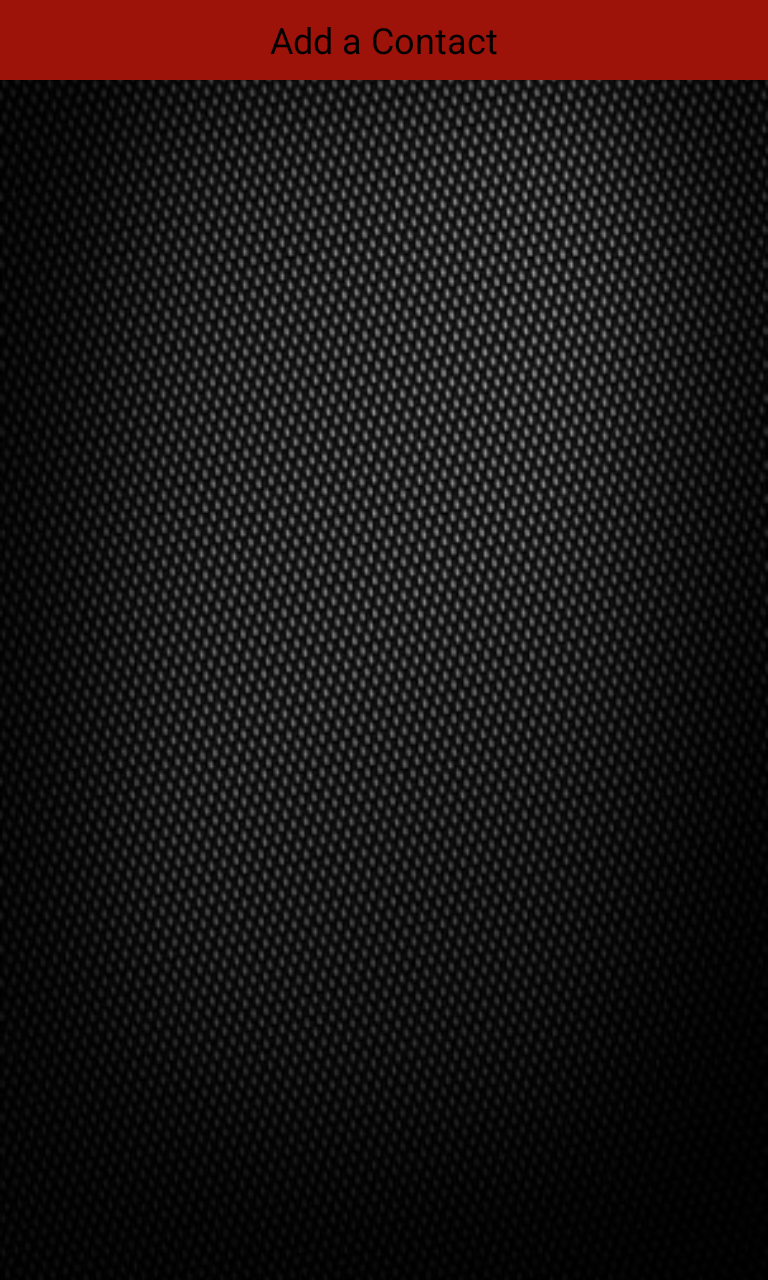
Repository: kenshiryu7/mdv-projects
Layout: Java_2/Java2_w3/res/layout/activity_main.xml
An editor plug-in stored every save of this project. The layout is shown before and after the next save, followed by the edit.
It is drawn on a 768 x 1280 px phone screen (xhdpi) without system bars, with theme AppTheme; the app's code is not run. Lists and similar views that code fills are empty.

Above is the layout before, as saved 2012-12-02 07:59:49.

### Java_2/Java2_w3/res/layout/activity_main.xml
<LinearLayout xmlns:android="http://schemas.android.com/apk/res/android"
    xmlns:tools="http://schemas.android.com/tools"
    android:layout_width="fill_parent"
    android:layout_height="fill_parent"
    android:background="@drawable/main_bg"
    android:orientation="vertical" >

    <Button
        android:id="@+id/addButt"
        android:layout_width="match_parent"
        android:layout_height="40dp"
        android:background="#9D1309"
        android:text="@string/add_button" />

    <ListView
        android:id="@android:id/list"
        android:layout_width="match_parent"
        android:layout_height="wrap_content"
        android:background="@drawable/row_bg" >
    </ListView>

</LinearLayout>

### Java_2/Java2_w3/res/values/strings.xml
<resources>

    <string name="app_name">Java2_w3</string>
    <string name="hello_world">Hello world!</string>
    <string name="menu_settings">Settings</string>
    <string name="title_activity_main">MainActivity</string>

    <string name="add_button">Add a Contact</string>

</resources>

Loaded but not shown: Java_2/Java2_w3/res/values-v11/styles.xml (common file); Java_2/Java2_w3/res/values-v14/styles.xml (common file); Java_2/Java2_w3/res/values/styles.xml (common file)

After the next save:
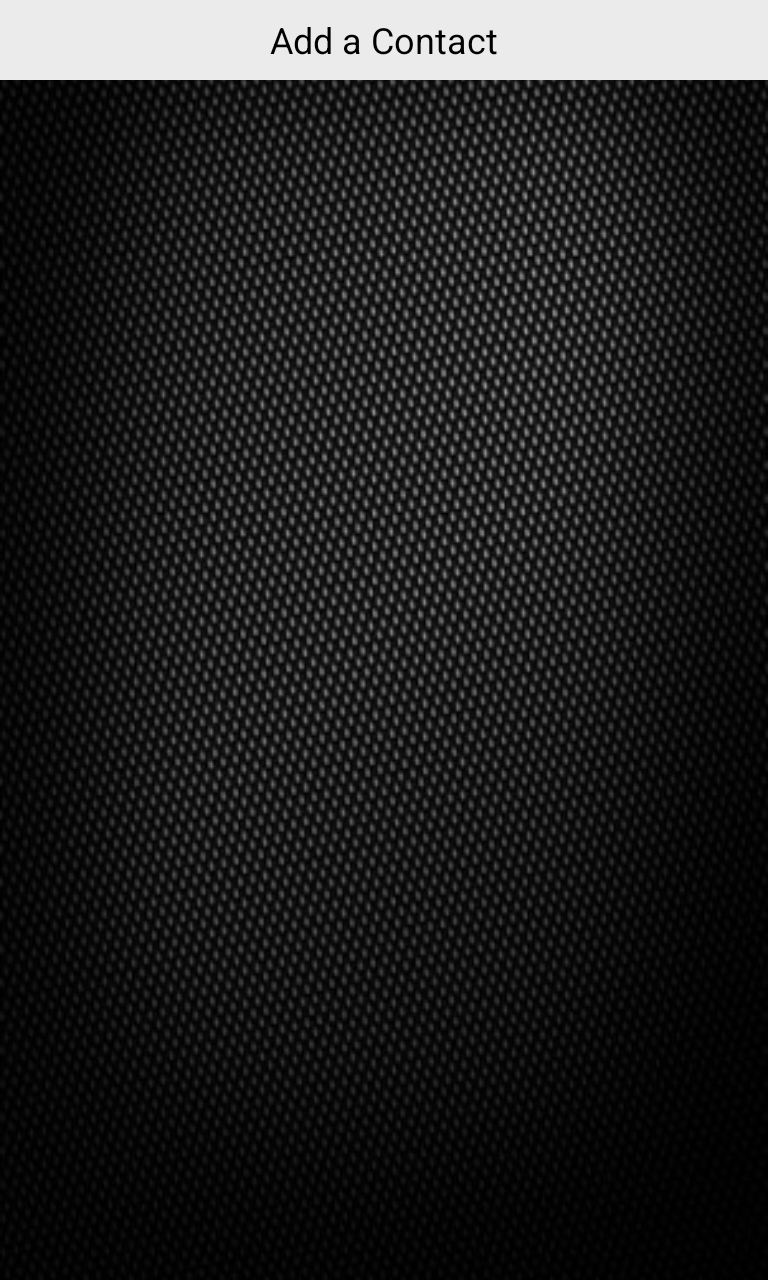
Saved 2 min 36 s later.
--- a/Java_2/Java2_w3/res/layout/activity_main.xml
+++ b/Java_2/Java2_w3/res/layout/activity_main.xml
@@ -9,8 +9,9 @@
         android:id="@+id/addButt"
         android:layout_width="match_parent"
         android:layout_height="40dp"
-        android:background="#9D1309"
-        android:text="@string/add_button" />
+        android:background="#EBEBEB"
+        android:text="@string/add_button"
+        android:textColorLink="#FFFFFF" />
 
     <ListView
         android:id="@android:id/list"
